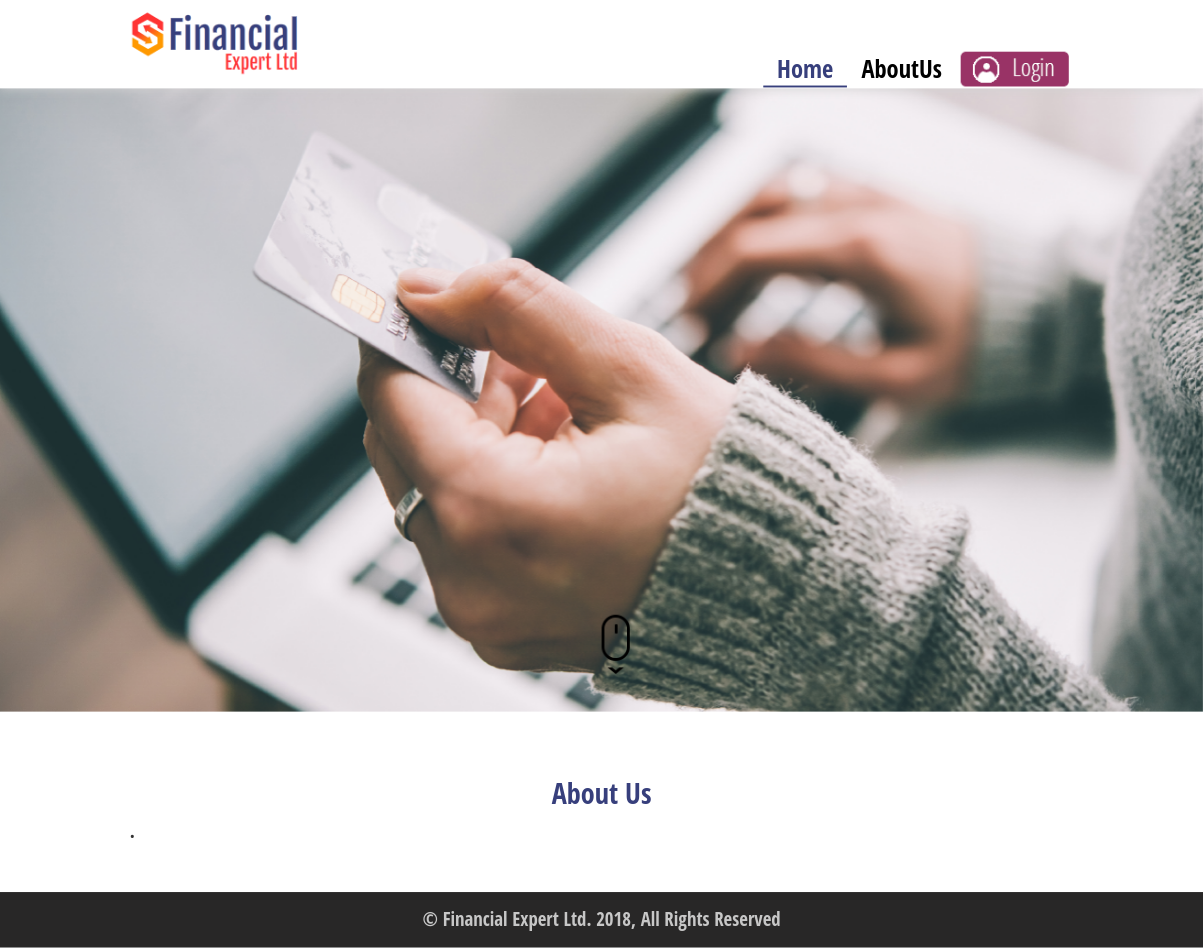
Repository: intkhabahmed/AcceleratedBootcampWebsites
Page: http://localhost/BenefitsCards/UI/index.jsp
The author's editor kept a copy of each file at every save. The page is drawn from the files as they stood at one save, then again after a run of saves.
The browser window is 1280 px wide. The pictures show the whole page, at 94% of full size.
Some web fonts or font styles are not loaded; a fallback is used. The page is served by Tomcat 9. Nobody is signed in. The application's start-up code is not run.

Above is the page before, as saved 2018-01-30 05:01:32.

After the next 2 saves:
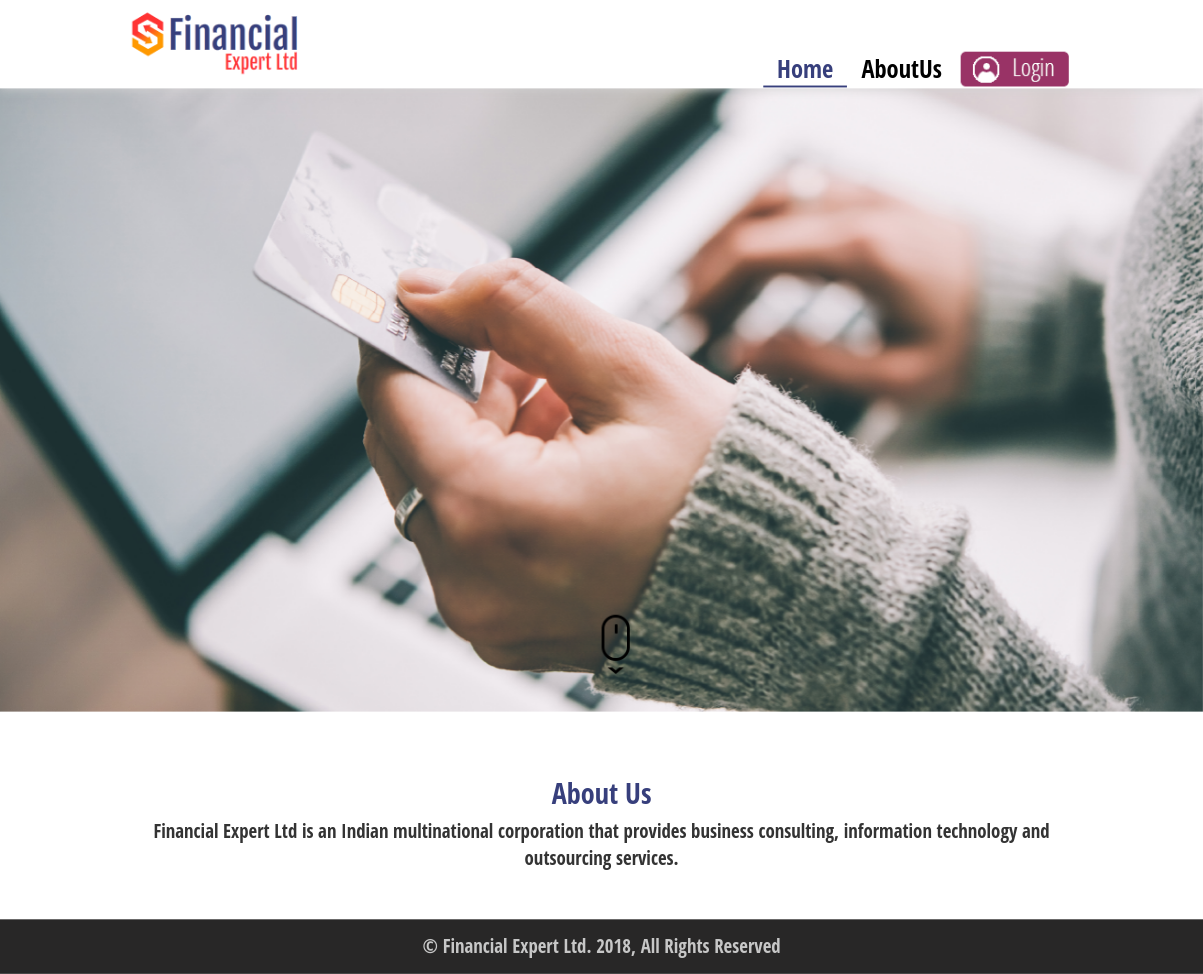
The 2 saves are shown as one change because they came seconds apart.
The last was saved 23 s later.
--- a/BenefitsCards/WebContent/UI/index.jsp
+++ b/BenefitsCards/WebContent/UI/index.jsp
@@ -1,16 +1,18 @@
 <%@ page language="java" contentType="text/html; charset=ISO-8859-1"
 	pageEncoding="ISO-8859-1"%>
-<%@taglib uri="http://java.sun.com/jsp/jstl/core" prefix="c" %>
+<%@taglib uri="http://java.sun.com/jsp/jstl/core" prefix="c"%>
 <!DOCTYPE html>
 <html>
 <head>
-	<title>Home</title>
-	<meta http-equiv="Content-Type" content="text/html; charset=ISO-8859-1">
-	<meta name="viewport" content="width=device-width, initial-scale=1.0">
-	<link rel="stylesheet" type="text/css" href="css/bootstrap.min.css">
-	<link rel="stylesheet" type="text/css" href="css/font-awesome.min.css">
-	<link rel="stylesheet" type="text/css" href="css/custom.css">
-	<link href='https://fonts.googleapis.com/css?family=Open Sans Condensed:300' rel='stylesheet'>
+<title>Home</title>
+<meta http-equiv="Content-Type" content="text/html; charset=ISO-8859-1">
+<meta name="viewport" content="width=device-width, initial-scale=1.0">
+<link rel="stylesheet" type="text/css" href="css/bootstrap.min.css">
+<link rel="stylesheet" type="text/css" href="css/font-awesome.min.css">
+<link rel="stylesheet" type="text/css" href="css/custom.css">
+<link
+	href='https://fonts.googleapis.com/css?family=Open Sans Condensed:300'
+	rel='stylesheet'>
 </head>
 <body id="home">
 
@@ -18,81 +20,94 @@
 
 
 	<!-- <div class="row"> -->
-		<div id="carousel-example-generic" class="carousel slide" data-ride="carousel">
-	  <!-- Indicators -->
-			<img src="images/downarrow.png" alt="DownArrow" id="downarrow" />
-			  <!-- Wrapper for slides -->
-			  <div class="carousel-inner" role="listbox">
-			    <div class="item active">
-			      <img src="images/banner.png" alt="">
-			    </div>
-			  </div>
+	<div id="carousel-example-generic" class="carousel slide"
+		data-ride="carousel">
+		<!-- Indicators -->
+		<img src="images/downarrow.png" alt="DownArrow" id="downarrow" />
+		<!-- Wrapper for slides -->
+		<div class="carousel-inner" role="listbox">
+			<div class="item active">
+				<img src="images/banner.png" alt="">
+			</div>
+		</div>
 
-		</div><!--end carousel-->
+	</div>
+	<!--end carousel-->
 
 	<!-- </div> -->
-<div class="container">
-	<hr>
-	<div class="row">
-		<div id="aboutus">
-			<h2 align="center">About Us</h2>
-			<p align="center"></p>.
-			<p align="center"></p>
-		</div><!--end aboutus-->
+	<div class="container">
+		<hr>
+		<div class="row">
+			<div id="aboutus">
+				<h2 align="center">About Us</h2>
+				<p align="center">Financial Expert Ltd is an Indian
+					multinational corporation that provides business consulting,
+					information technology and outsourcing services.</p>
+			</div>
+			<!--end aboutus-->
+		</div>
+		<hr>
 	</div>
-	<hr>
-</div><!--end container-->
-<div id="footer">
-	<footer>
-		<p align="center">&copy; Financial Expert Ltd. 2018, All Rights Reserved</p>
-	</footer>
-</div>
-<div class="overlay" title="click to close">
-</div>
-<div id="loginWindow">
+	<!--end container-->
+	<div id="footer">
+		<footer>
+			<p align="center">&copy; Financial Expert Ltd. 2018, All Rights
+				Reserved</p>
+		</footer>
+	</div>
+	<div class="overlay" title="click to close"></div>
+	<div id="loginWindow">
 		<h2 align="center">Login Form</h2>
-		<form class="form-vertical" method="post" action="login.html" id="login_form">
+		<form class="form-vertical" method="post" action="login.html"
+			id="login_form">
 			<div class="form-group">
-				<input type="text" name="username" required="required" class="form-control" placeholder="Enter UserName" />
-				<input type="password" name="password" required="required" class="form-control" placeholder="Enter Password" />
+				<input type="text" name="username" required="required"
+					class="form-control" placeholder="Enter UserName" /> <input
+					type="password" name="password" required="required"
+					class="form-control" placeholder="Enter Password" />
 
 			</div>
 			<div class="form-group">
-				<a href="#" class="pull-left"><h4>Forgot Password?</h4></a>
-				<input type="submit" name="login_btn" id="login_btn" value="Login" class="pull-right btn btn-default"/>
+				<a href="#" class="pull-left"><h4>Forgot Password?</h4></a> <input
+					type="submit" name="login_btn" id="login_btn" value="Login"
+					class="pull-right btn btn-default" />
 			</div>
 		</form>
-</div>
-<div id="queryWindow">
+	</div>
+	<div id="queryWindow">
 		<h2 align="center">Query Form</h2>
-		<form class="form-vertical" method="post" action="askQuery.html" id="query_form">
+		<form class="form-vertical" method="post" action="askQuery.html"
+			id="query_form">
 			<div class="form-group">
-				<label class="form-label" for="receiver">Choose Company</label>
-				<br><input type="radio" name="receiver" required="required"
-					 value="BeneesFradia"/> BeneesFradia &nbsp;&nbsp;<input type="radio" name="receiver" value="Company2"/> Company2 <br>
+				<label class="form-label" for="receiver">Choose Company</label> <br>
+				<input type="radio" name="receiver" required="required"
+					value="BeneesFradia" /> BeneesFradia &nbsp;&nbsp;<input
+					type="radio" name="receiver" value="Company2" /> Company2 <br>
 			</div>
 			<div class="form-group">
-				<textarea rows="4" class="form-control" placeholder="Enter the query" name="query"></textarea>
-				<input type="submit" name="querySubmit_btn" id="querySubmit_btn" value="Send" class="form-control btn btn-default" />
+				<textarea rows="4" class="form-control"
+					placeholder="Enter the query" name="query"></textarea>
+				<input type="submit" name="querySubmit_btn" id="querySubmit_btn"
+					value="Send" class="form-control btn btn-default" />
 			</div>
 		</form>
-</div>
+	</div>
 
-<script type="text/javascript" src="js/jquery-3.1.0.min.js"></script>
-<script type="text/javascript" src="js/bootstrap.min.js"></script>
-<script type="text/javascript" src="js/custom.js"></script>
-<c:if test="${errorMessage ne null}">
-<%-- 	<div class="alert alert-danger" role="alert" >"${errorMessage}"</div> --%>
-	<script>
-		alert("${errorMessage}");
-		showLoginPage();
-	</script>
-</c:if>
-<c:if test="${successMessage ne null}">
-<%-- 	<div class="alert alert-success" role="alert">"${successMessage}"</div> --%>
-	<script>
-		alert("${successMessage}");
-	</script>
-</c:if>
+	<script type="text/javascript" src="js/jquery-3.1.0.min.js"></script>
+	<script type="text/javascript" src="js/bootstrap.min.js"></script>
+	<script type="text/javascript" src="js/custom.js"></script>
+	<c:if test="${errorMessage ne null}">
+		<%-- 	<div class="alert alert-danger" role="alert" >"${errorMessage}"</div> --%>
+		<script>
+			alert("${errorMessage}");
+			showLoginPage();
+		</script>
+	</c:if>
+	<c:if test="${successMessage ne null}">
+		<%-- 	<div class="alert alert-success" role="alert">"${successMessage}"</div> --%>
+		<script>
+			alert("${successMessage}");
+		</script>
+	</c:if>
 </body>
 </html>
